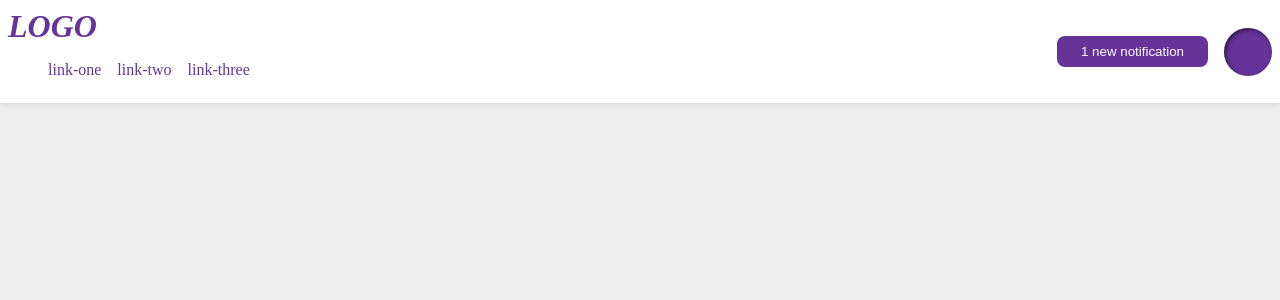
Repository: abrahamgek/PLP_week2
Page: css-exercises/flex/03-flex-header-2/index.html
The author's editor kept a copy of each file at every save. The page is drawn from the files as they stood at one save, then again after the next save.
The browser window is 1280 px wide. The pictures show the whole page.
Some web fonts or font styles are not loaded; a fallback is used.

Above is the page before, as saved 2024-02-26 08:37:08.

After the next save:
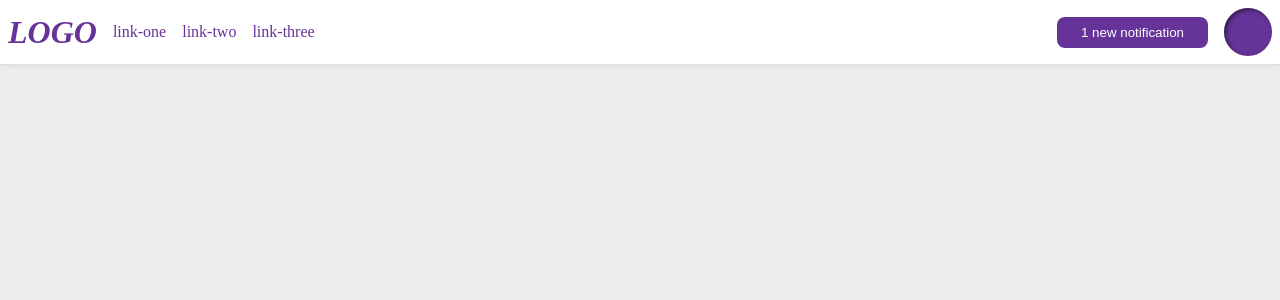
Saved 2 s later.
--- a/css-exercises/flex/03-flex-header-2/style.css
+++ b/css-exercises/flex/03-flex-header-2/style.css
@@ -14,8 +14,7 @@ body {
   border-bottom: 1px solid #ddd;
   box-shadow: 0 0 8px rgba(0,0,0,.1);
   display: flex;
-  align-items: center; /* Center vertically */
-  justify-content: space-between; /* Distribute items evenly */
+  justify-content: space-between;
   padding: 8px; /* 8px space between everything and the edge of the header */
 }
 
@@ -29,8 +28,10 @@ body {
 
 /* Style the links */
 .links {
+  display: flex;
   list-style-type: none;
-  display: flex;
+  margin: 0;
+  padding: 0;
   gap: 16px; /* 16px between each item */
 }
 
@@ -44,12 +45,11 @@ body {
 }
 
 /* Style the notifications and profile image */
-.noti {
+.noti, .loli{
   display: flex;
   gap: 16px; /* 16px between each item */
   align-items: center; /* Center vertically */
 }
-
 /* Style the button */
 button.notifications {
   border: none;
